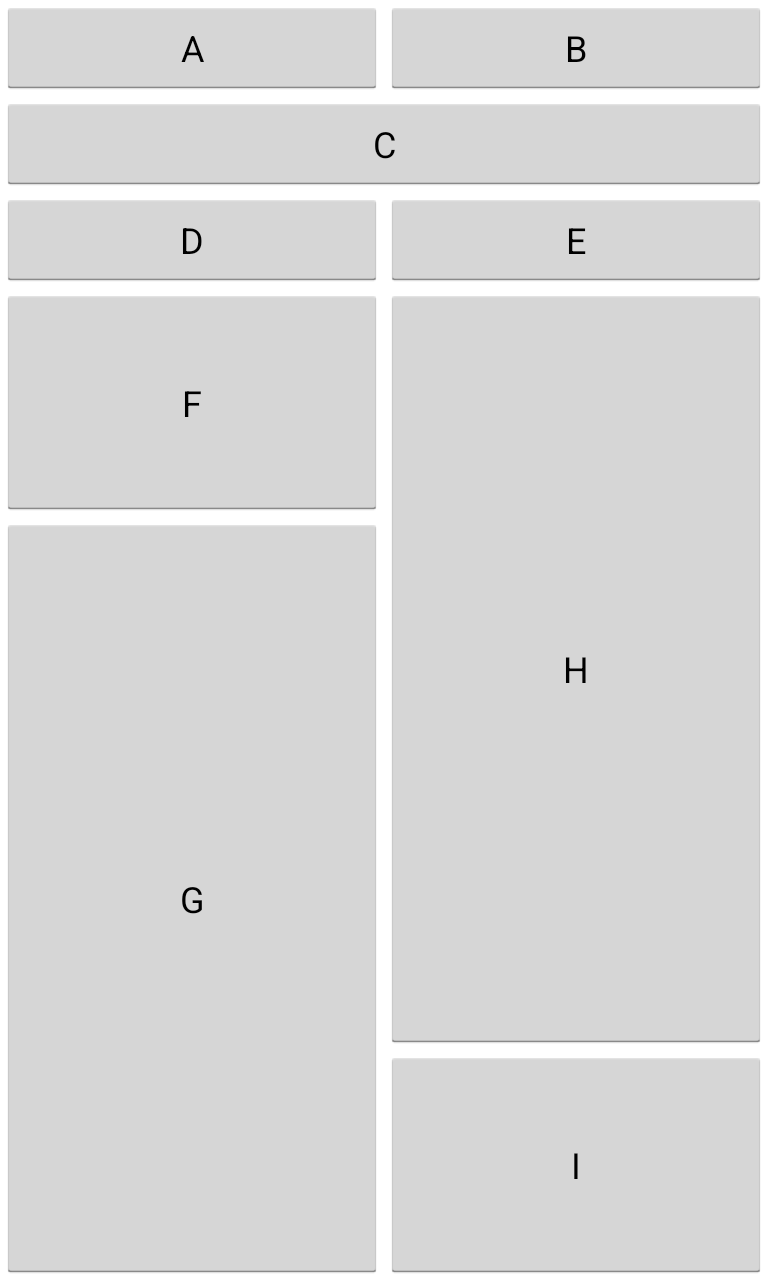
Repository: iracom/ejercicios-android
Layout: Layouts/res/layout/activity_main.xml
An editor plug-in stored every save of this project. The layout is shown before and after the next save, followed by the edit.
It is drawn on a 768 x 1280 px phone screen (xhdpi) without system bars, with theme AppTheme; the app's code is not run.

Above is the layout before, as saved 2014-05-07 08:35:59.

After the next save:
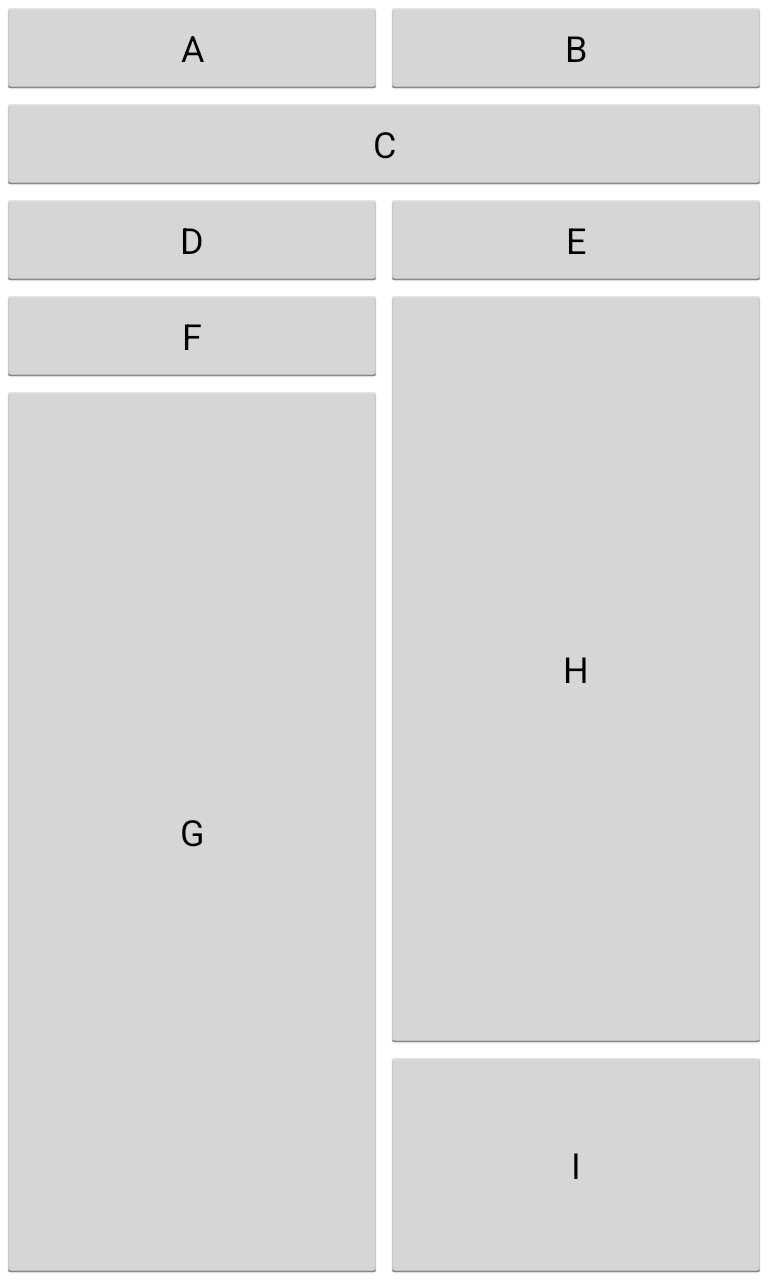
Saved 10 min 18 s later.
--- a/Layouts/res/layout/activity_main.xml
+++ b/Layouts/res/layout/activity_main.xml
@@ -67,14 +67,13 @@
                 android:id="@+id/button6"
                 android:layout_width="match_parent"
                 android:layout_height="wrap_content"
-                android:layout_weight="1"
                 android:text="@string/button_f" />
 
             <Button
                 android:id="@+id/button7"
                 android:layout_width="match_parent"
                 android:layout_height="wrap_content"
-                android:layout_weight="5"
+                android:layout_weight="1"
                 android:text="@string/button_g" />
 
         </LinearLayout>
